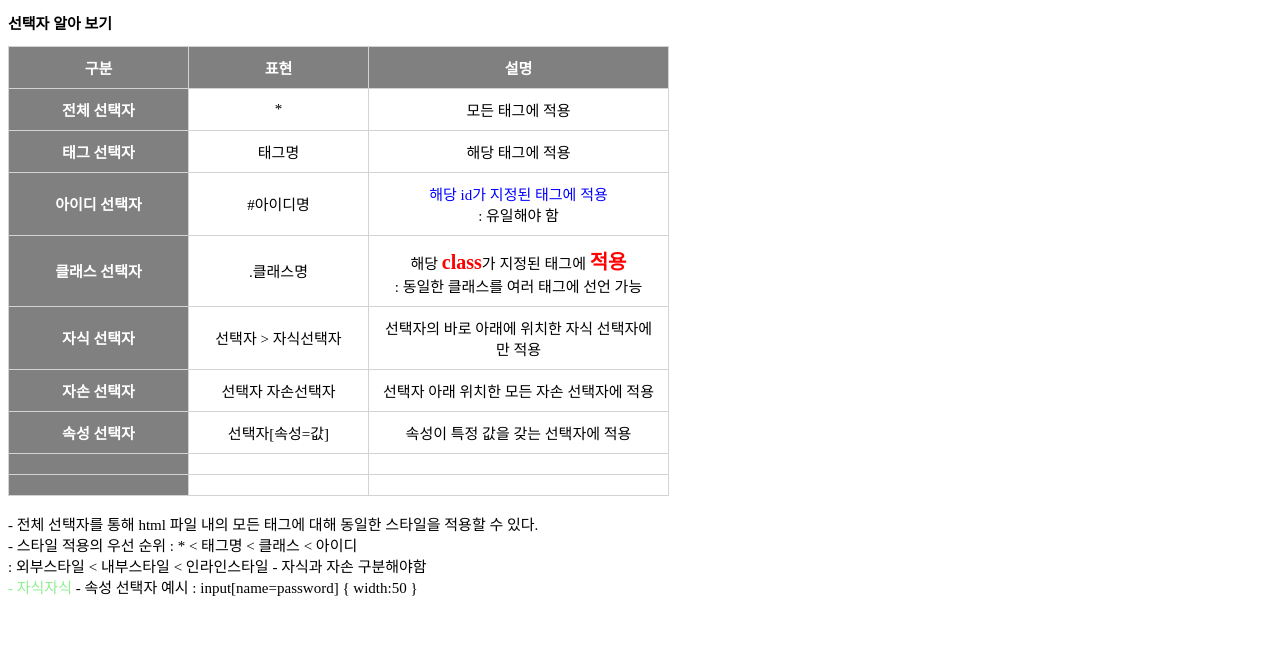
Repository: itkezi/HTML_2022_505
Page: Web/WebContent/style/selector.html
These files come from the project's save history. The page is drawn as it stood at one moment and after the next save; the edit follows.
The browser window is 1280 px wide. The pictures show the whole page.

Above is the page before, as saved 2022-03-23 05:29:06.

After the next save:
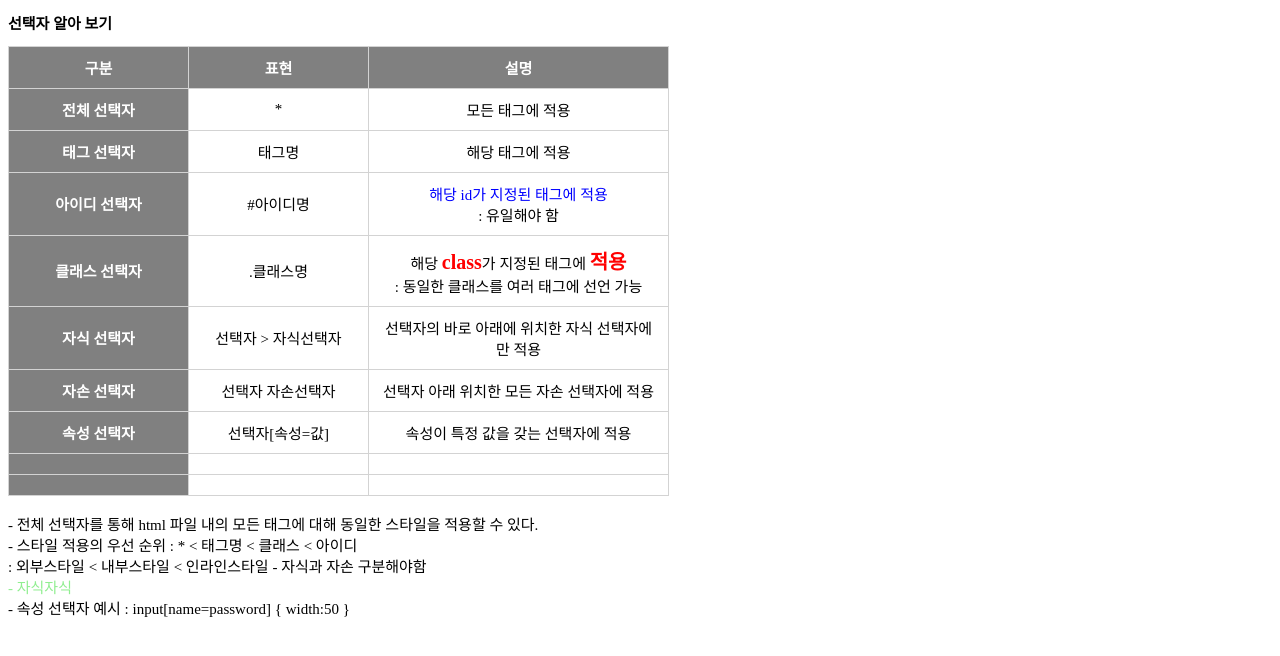
Saved 81 s later.
--- a/Web/WebContent/style/selector.html
+++ b/Web/WebContent/style/selector.html
@@ -82,7 +82,7 @@ body span {}
 - 스타일 적용의 우선 순위 : * < 태그명 < 클래스 < 아이디 <br>
    : 외부스타일 < 내부스타일 < 인라인스타일
 - 자식과 자손 구분해야함 <br>
-<span>- 자식자식</span>
+<span>- 자식자식</span><br>
 - 속성 선택자 예시 : input[name=password] { width:50 }
 
 <br>
